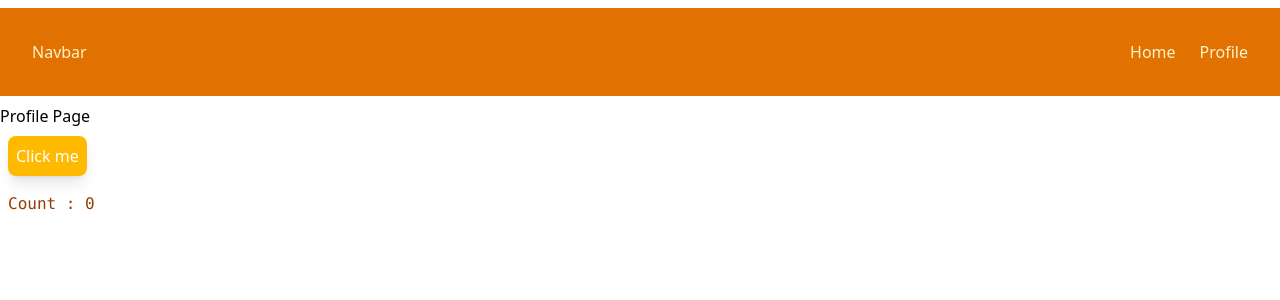
Repository: samit2059/CollegeReact
Page: / (app in react/collegereact/)
An editor plug-in stored every save of this project. The page is shown before and after the next save, followed by the edit.
The browser window is 1280 px wide. The pictures show the whole page.
The project was rebuilt for these pictures with package versions that can differ from the ones it lists, and the page was loaded fresh each time. Also part of the build but not shown: react/collegereact/vite.config.js, react/collegereact/src/App.jsx, react/collegereact/src/navbar.jsx, react/collegereact/src/Props Example/First.jsx, react/collegereact/src/Props Example/Second.jsx.

Above is the page before, as saved 2026-01-21 10:49:52.

### react/collegereact/index.html
<!doctype html>
<html lang="en">
  <head>
    <meta charset="UTF-8" />
    <link rel="icon" type="image/svg+xml" href="/vite.svg" />
    <meta name="viewport" content="width=device-width, initial-scale=1.0" />
    <title>collegereact</title>
  </head>
  <body>
    <div id="root"></div>
    <script type="module" src="/src/main.jsx"></script>
  </body>
</html>

### react/collegereact/src/main.jsx
import { StrictMode } from "react";
import { createRoot } from "react-dom/client";
import "./index.css";
import App from "./App.jsx";
import Navbar from "./navbar.jsx";
import Nav1 from "./nav1.jsx";
import First from "./Props Example/First.jsx";
// import Profile from "./profile.jsx";
import Profile from "./StateExamples/profile.jsx";
import Second from "./Props Example/Second.jsx";
// import Home from './Home.jsx'
// import { Second } from './Home.jsx'

// let myObj = {
//   address: "ktm",
//   age: 23,
//   fullName: "rams"
// }
// let profile = {
//   username:"Samit Shrestha",
//   email:"shrestha@gmail.com",
//   age:18,
//   address:"Bhaktapur",
// };
createRoot(document.getElementById("root")).render(
  <StrictMode>
    {/* <Navbar /> */}
    <Nav1 />
    {/* <First address={"BKT"} age={33} fullName="motorcycle" /> */}
    {/* <First {...myObj} /> */}
    <Profile />
    {/* <App /> */}
    {/* <Second /> */}
    {/* <Home />   */}
  </StrictMode>
);

### react/collegereact/src/index.css
@import "tailwindcss";

/* in index.css (after tailwind layers) */
/* .tw-root .btn {
  @apply px-4 py-2 bg-blue-500 text-white rounded;
} */

### react/collegereact/src/nav1.jsx
import React from 'react';
import './navbar.css'

const Nav1 = () => {
    let handleProfile = () =>{
        console.log("profile clicked");
    }
  return (
    <div className=' p-8 my-2 flex bg-amber-600 text-amber-100 justify-between items-center'>
      <h1 >Navbar</h1>
      <div className='menus flex gap-6'>
        <h4 onClick={(e) =>{
            console.log("home clicked");
            console.log(e.target);

        }}>Home</h4>
        <h4 onClick={handleProfile}>Profile</h4>
      </div>
    </div>
  )
}

export default Nav1

### react/collegereact/src/StateExamples/profile.jsx
import { useState } from "react"

let Profile = () =>{
    const [count, setCount] = useState(0);
    return (
        <div>
            <h1>Profile Page</h1>
            <button onClick={() => setCount(count+1)} className="p-2 m-2 bg-amber-400 font-medium rounded-lg shadow-lg text-white">Click me</button>
            <p className="p-2 text-amber-800 font-mono ">Count : {count}</p>
        </div>
    )
}

export default Profile

### react/collegereact/src/navbar.css


.navelement {
    color: white;
}

.navelement:hover {
    color: aliceblue;
}

.navbar {
    /* padding: 30px 20px; */
}

After the next save:
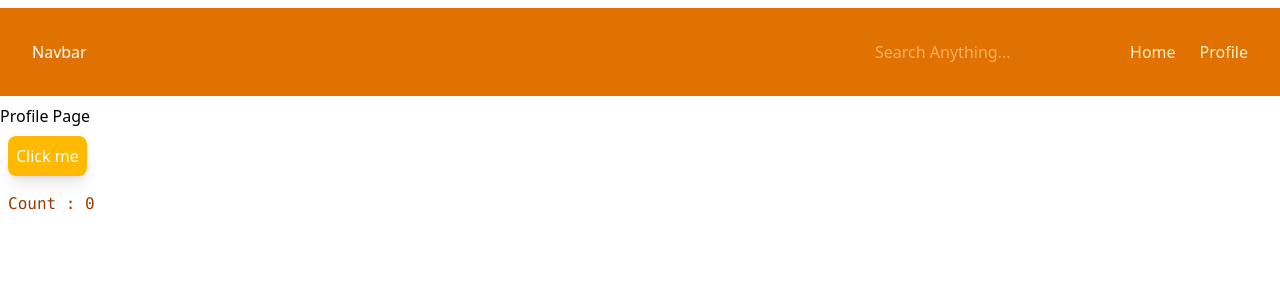
Saved 46 s later.
--- a/react/collegereact/src/nav1.jsx
+++ b/react/collegereact/src/nav1.jsx
@@ -2,16 +2,45 @@ import React from 'react';
 import './navbar.css'
 
 const Nav1 = () => {
-    let handleProfile = () =>{
-        console.log("profile clicked");
-    }
+  let handleProfile = (e) => {
+    e.target.style.color = "red";
+    e.target.style.backgroundColor = "black"
+    console.log("profile clicked");
+    console.log(e.target.style);
+    /*
+    let event ={
+     target:{
+        value:"Profile",
+        style:{
+            color:"red",
+            backgroundColor:"black"
+        }
+     }
+    } */
+  }
+  let handleChangeOnsearch = (e) => {
+    console.log(e.target.value);
+    // e.target.style.backgroundColor = "black"
+    e.target.style.color = "red"
+    let l = e.target.value;
+    console.log(l.length);
+    let random1 = Math.floor(Math.random() * 255);
+    let random2 = Math.floor(Math.random() * 255);
+    let random3 = Math.floor(Math.random() * 255);
+
+    e.target.style.backgroundColor = `rgb(${random1}, ${random2}, ${random3})`
+    console.log(random1);
+    console.log(random2);
+    console.log(random3);
+  }
   return (
-    <div className=' p-8 my-2 flex bg-amber-600 text-amber-100 justify-between items-center'>
-      <h1 >Navbar</h1>
+    <div className=' !p-8 !my-2 flex bg-amber-600 text-amber-100 justify-between items-center'>
+      <h1 className='navelement'>Navbar</h1>
       <div className='menus flex gap-6'>
-        <h4 onClick={(e) =>{
-            console.log("home clicked");
-            console.log(e.target);
+        <input placeholder='Search Anything...' onChange={handleChangeOnsearch} className=''/>
+        <h4 onClick={(e) => {
+          console.log("home clicked");
+          console.log(e.target);
 
         }}>Home</h4>
         <h4 onClick={handleProfile}>Profile</h4>
